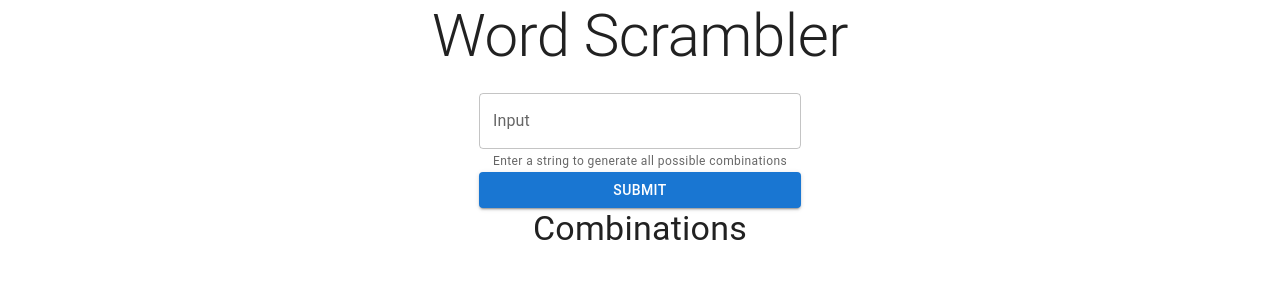
Repository: zfranke/WordScramble-Web
Page: / (app in wordscrambler-web/)
The author's editor kept a copy of each file at every save. The page is drawn from the files as they stood at one save, then again after the next save.
The browser window is 1280 px wide. The pictures show the whole page.
The project was rebuilt for these pictures with package versions that can differ from the ones it lists, and the page was loaded fresh each time.

Above is the page before, as saved 2022-12-27 12:25:42.

After the next save:
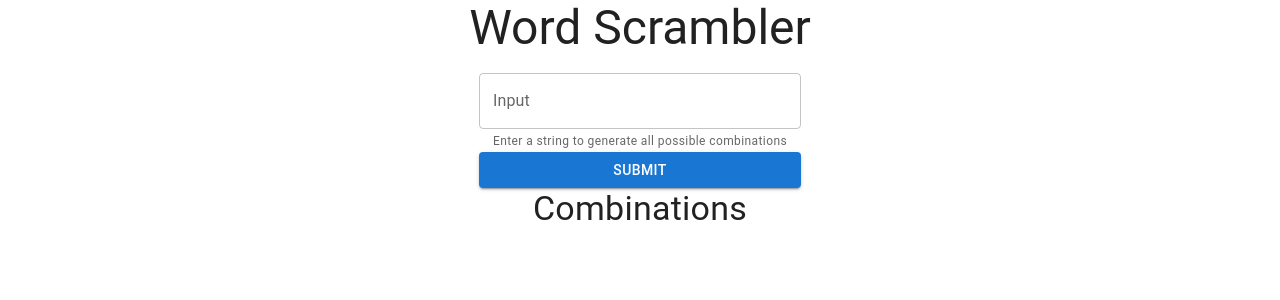
Saved 78 s later.
--- a/wordscrambler-web/src/App.js
+++ b/wordscrambler-web/src/App.js
@@ -1,6 +1,6 @@
 import React, { useState } from 'react';
 import nlp from 'compromise';
-import { Button, FormControl, FormHelperText, Input, List, ListItem, TextField, Grid, Typography } from '@mui/material';
+import { Button, FormControl, FormHelperText, Input, List, ListItem, TextField, Grid, Typography, Chip } from '@mui/material';
 
 function App() {
   const [input, setInput] = useState('');
@@ -55,7 +55,7 @@ function App() {
     //Create a centered input form with a output grid
     <>
     <Grid container justifyContent="center" alignItems="center" direction="column">
-      <Typography color="textPrimary" variant="h2" component="h2" gutterBottom>
+      <Typography color="textPrimary" variant="h3" component="h3" gutterBottom>
         Word Scrambler
       </Typography>
       <form onSubmit={handleSubmit}>
@@ -75,9 +75,12 @@ function App() {
           Combinations
         </Typography>
         <List>
-          {combinations.map((combination, index) => (
-            <ListItem key={index}>{combination}</ListItem>
+          {combinations.map((combination) => (
+            <ListItem>
+              <Chip label={combination} />
+            </ListItem>
           ))}
+
         </List>
       </Grid>
     </Grid>
